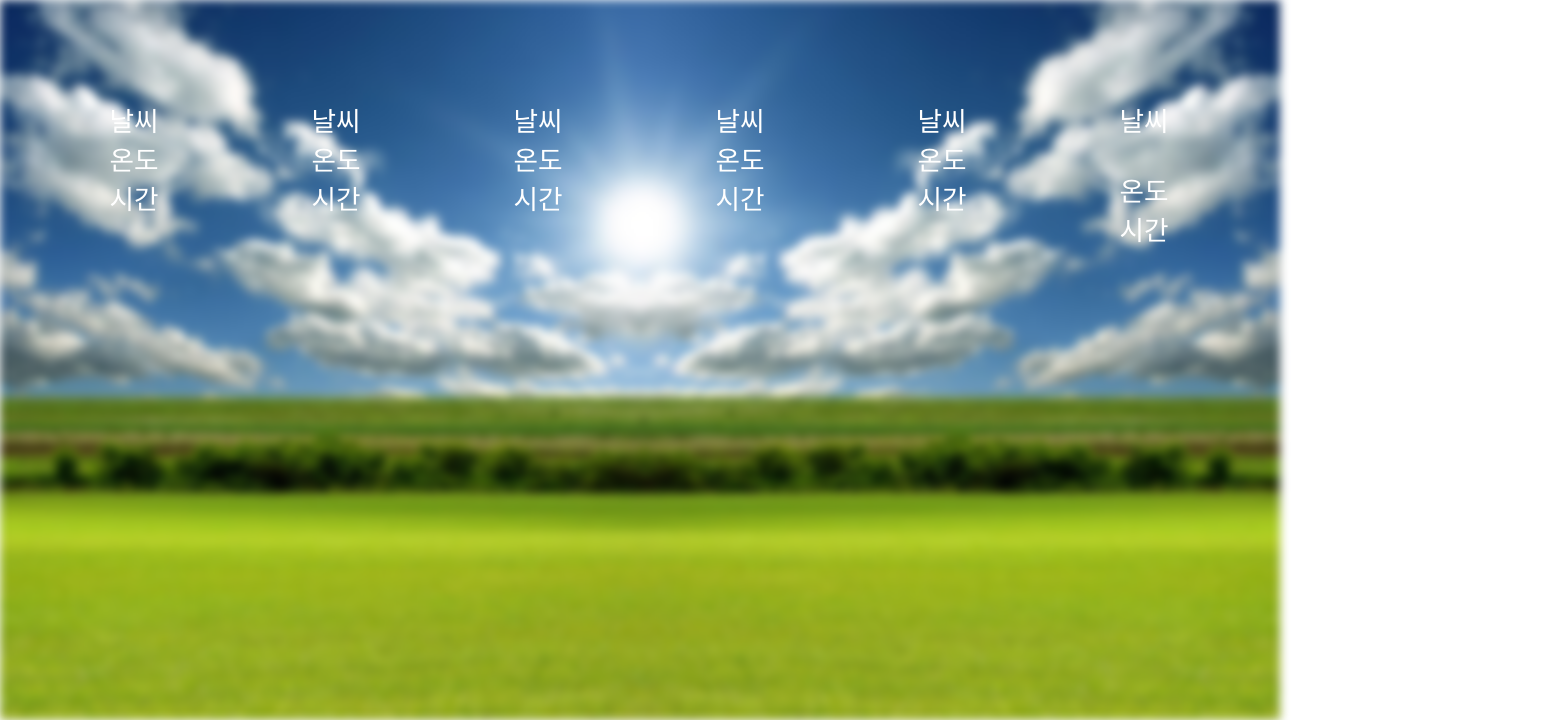
Repository: RyoTTa/4-1-Web-Programming
Page: SoloProject/Project/WebContent/index.html
The author's editor kept a copy of each file at every save. The page is drawn from the files as they stood at one save, then again after the next save.
The browser window is 1280 px wide. The page is 1280 px wide, then 1556 px, so the pictures cover 1556 px, including what lies to the right of the window. The pictures show the whole page.
The page's requests for data from a server got no answer.

Above is the page before, as saved 2020-05-05 15:23:40.

After the next save:
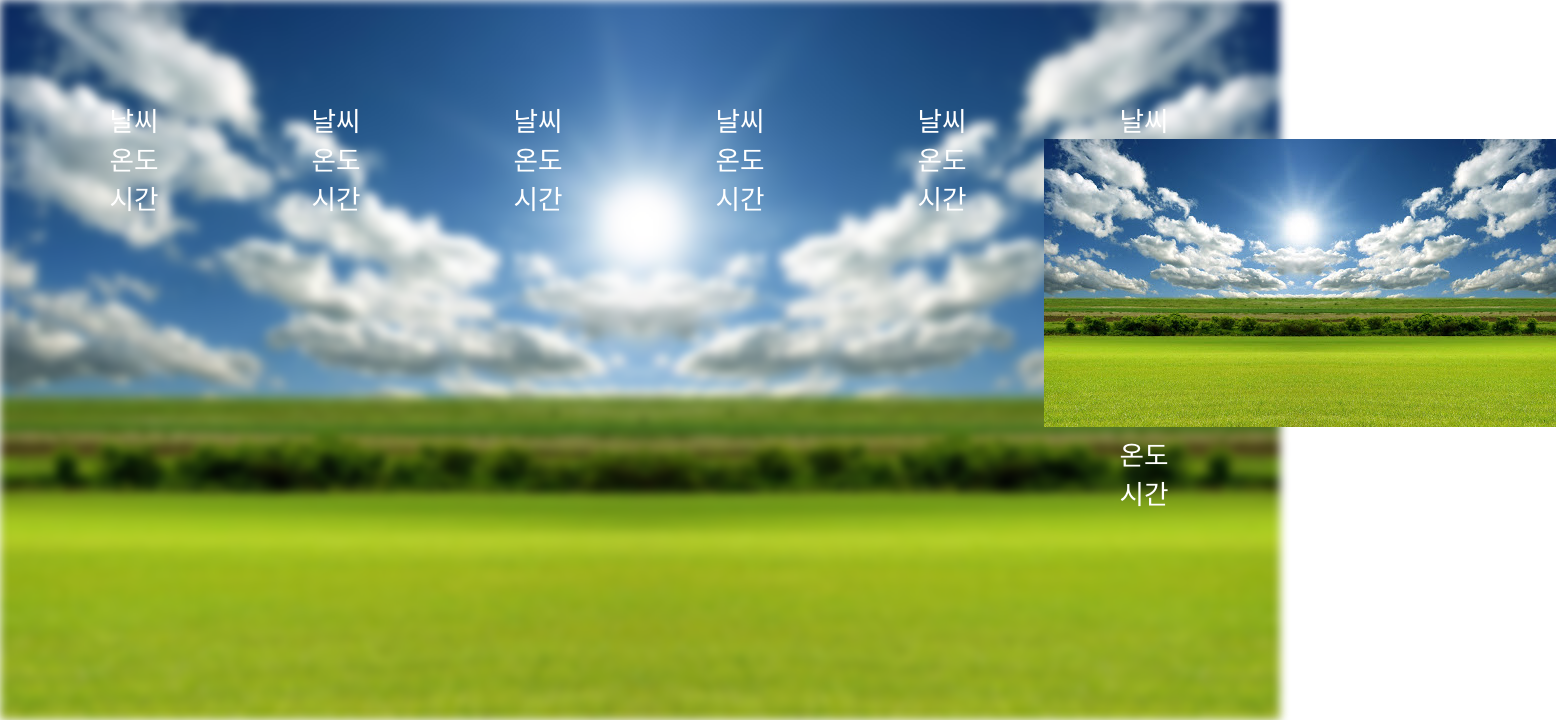
Saved 16 s later.
--- a/SoloProject/Project/WebContent/index.html
+++ b/SoloProject/Project/WebContent/index.html
@@ -49,7 +49,7 @@
 				</div>
 				<div class="box">
 					<div id="box6_weather">날씨</div>
-					<div id="box6_weather_icon"><img id=box6_weather_icon_image></div>
+					<div id="box6_weather_icon"><img id=box6_weather_icon_image src="clean.jpg"></div>
 					<div id="box6_temp">온도</div>
 					<div id="box6_time">시간</div>
 				</div>
